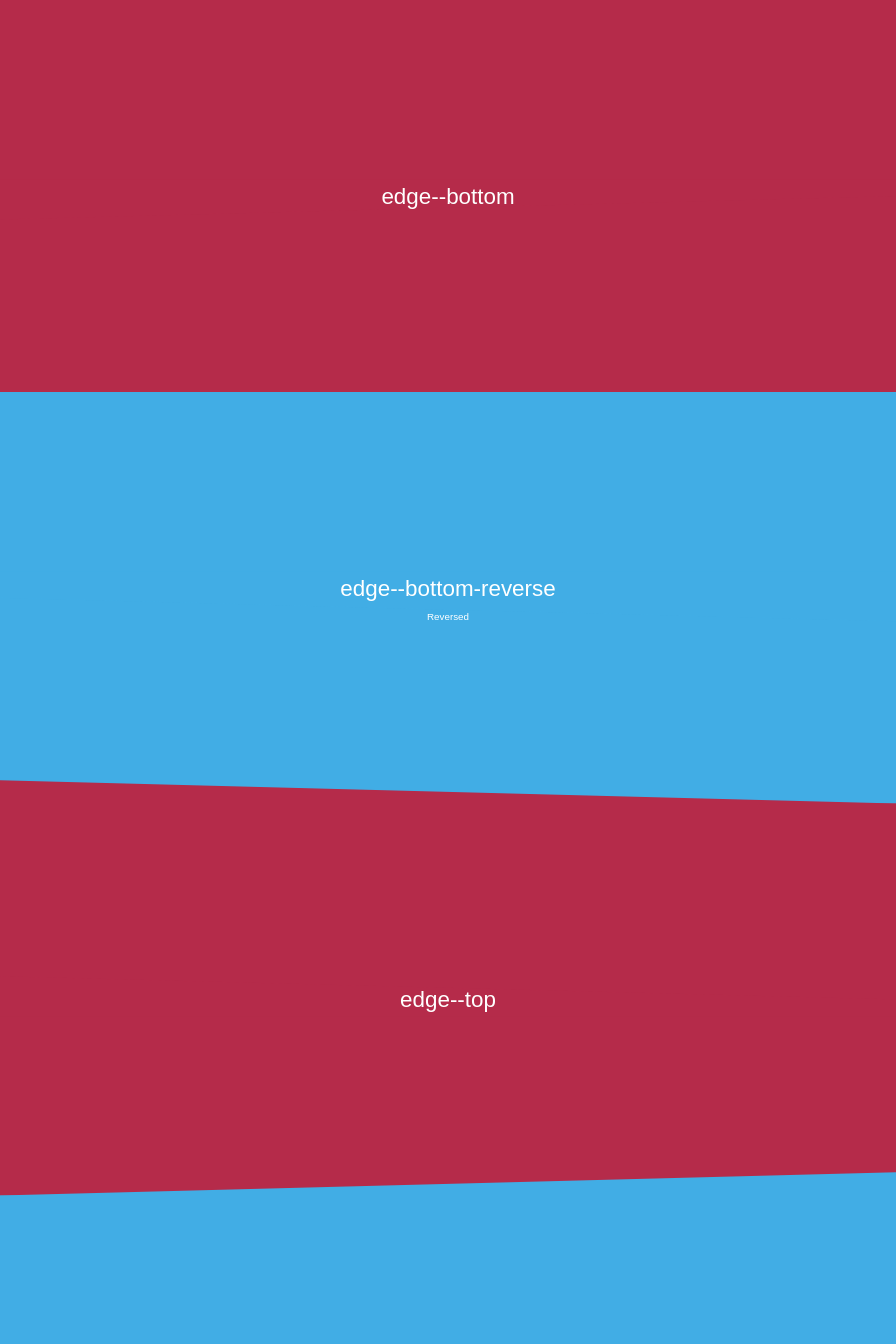
Repository: FrontendProjectsNL/mijn-portfolio-project
Page: /test-skewed-background
An editor plug-in stored every save of this project. The page is shown before and after the next save, followed by the edit.
The browser window is 1280 px wide. The pictures show the part of the page from y = 0 to 1920 px (the page is 3478 px tall before and 720 px after), at 70% of full size.
The project was rebuilt for these pictures with package versions that can differ from the ones it lists, and the page was loaded fresh each time. The framework's server and built-in components were replaced by stand-ins that run in the browser. Also part of the build but not shown: next.config.mjs.

Above is the page before, as saved 2024-10-23 14:00:36.

### app/layout.tsx
import type { Metadata } from 'next';
import localFont from 'next/font/local';

import { Roboto, Fira_Code, HelveticaNowDisplay } from 'next/font/google';

import './globals.css';

const geistSans = localFont({
  src: './fonts/GeistVF.woff',
  variable: '--font-geist-sans',
  weight: '100 900',
});
const geistMono = localFont({
  src: './fonts/GeistMonoVF.woff',
  variable: '--font-geist-mono',
  weight: '100 900',
});

const roboto = Roboto({
  subsets: ['latin'],
  weight: ['300', '400', '500', '700'],
  variable: '--font-roboto',
});

const firaCode = Fira_Code({
  subsets: ['latin'],
  weight: ['300', '400', '500', '700'],
  variable: '--font-fira-code',
});

export const metadata: Metadata = {
  title: 'Create Next App',
  description: 'Generated by create next app',
};

export default function RootLayout({
  children,
}: Readonly<{
  children: React.ReactNode;
}>) {
  return (
    <html lang="en">
      <body
        className={`${roboto.variable} ${firaCode.variable} ${geistSans.variable} ${geistMono.variable} antialiased`}
      >
        {children}
      </body>
    </html>
  );
}

### app/test-skewed-background/page.tsx
import '../test-skewed-background/skewed-background.css';

interface SkewedBackgroundProps {}

const SkewedBackground: React.FC<SkewedBackgroundProps> = () => {
  return (
    <div>
      <div className="block bg-berry edge edge--bottom">
        <h1>edge--bottom</h1>
      </div>

      <div className="block bg-blue edge edge--bottom-reverse">
        <h1>edge--bottom-reverse</h1>
        <p>Reversed</p>
      </div>

      <div className="block bg-berry edge edge--top">
        <h1>edge--top</h1>
      </div>

      <div className="block bg-blue edge edge--top-reverse">
        <h1>edge--top-reverse</h1>
        <p>Reversed</p>
      </div>

      <div className="block bg-orange edge edge--both">
        <h1>edge--both</h1>
      </div>

      <div className="block bg-green edge edge--both-reverse">
        <h1>edge--both-reverse</h1>
        <p>Reversed</p>
      </div>
    </div>
  );
};

export default SkewedBackground;

### app/test-skewed-background/skewed-background.css
.edge {
  position: relative;
  z-index: 1;
}

.edge::before,
.edge::after {
  background: inherit;
  content: '';
  display: block;
  height: 50%;
  left: 0;
  position: absolute;
  right: 0;
  z-index: -1;
  -webkit-backface-visibility: hidden;
}

.edge--bottom::after {
  bottom: 0;
  transform: skewY(-1.5deg);
  transform-origin: 100%;
}

.edge--bottom-reverse::after {
  bottom: 0;
  transform: skewY(1.5deg);
  transform-origin: 0 100%;
}

.edge--top::before {
  top: 0;
  transform: skewY(1.5deg);
  transform-origin: 100% 0;
}

.edge--top-reverse::before {
  top: 0;
  transform: skewY(-1.5deg);
  transform-origin: 0 0;
}

.edge--both::before {
  top: 0;
  transform: skewY(1.5deg);
  transform-origin: 100% 0;
}

.edge--both::after {
  bottom: 0;
  transform: skewY(-1.5deg);
  transform-origin: 100%;
}

.edge--both-reverse::before {
  top: 0;
  transform: skewY(-1.5deg);
  transform-origin: 0 0;
}

.edge--both-reverse::after {
  bottom: 0;
  transform: skewY(1.5deg);
  transform-origin: 0 100%;
}

/* Background Colors */
.bg-berry {
  background: #b52b4a;
}

.bg-blue {
  background: #41ade5;
}

.bg-orange {
  background: #de6628;
}

.bg-green {
  background: #5e9b42;
}

.block {
  color: #fff;
  font-family: 'Fira Sans', sans-serif;
  padding: 20% 20px;
  text-align: center;
}

h1 {
  font-size: 32px;
  font-weight: 500;
}

p {
  font-size: 14px;
  font-weight: 300;
  margin-top: 0.5em;
}

### tailwind.config.ts
import { Roboto } from 'next/font/google';
import type { Config } from 'tailwindcss';

const config: Config = {
  darkMode: ['class'],
  content: [
    './pages/**/*.{js,ts,jsx,tsx,mdx}',
    './components/**/*.{js,ts,jsx,tsx,mdx}',
    './app/**/*.{js,ts,jsx,tsx,mdx}',
  ],

  theme: {
    extend: {
      // You can define custom animations here
      // keyframes: {
      //   slideKeyframe: {
      //     '0%': { transform: 'translateX(0)' },
      //     '100%': { transform: 'translateX(100%)' },
      //   },
      // },
      // animation: {
      //   slideAnimation: 'slideKeyframe 0.5s ease-in-out',
      // },
      fontFamily: {
        roboto: ['var(--font-roboto)', 'sans-serif'],
        firaCode: ['var(--font-fira-code)', 'monospace'],
      },
      colors: {
        background: 'hsl(var(--background))',
        foreground: 'hsl(var(--foreground))',
        card: {
          DEFAULT: 'hsl(var(--card))',
          foreground: 'hsl(var(--card-foreground))',
        },
        popover: {
          DEFAULT: 'hsl(var(--popover))',
          foreground: 'hsl(var(--popover-foreground))',
        },
        primary: {
          DEFAULT: 'hsl(var(--primary))',
          foreground: 'hsl(var(--primary-foreground))',
        },
        secondary: {
          DEFAULT: 'hsl(var(--secondary))',
          foreground: 'hsl(var(--secondary-foreground))',
        },
        muted: {
          DEFAULT: 'hsl(var(--muted))',
          foreground: 'hsl(var(--muted-foreground))',
        },
        accent: {
          DEFAULT: 'hsl(var(--accent))',
          foreground: 'hsl(var(--accent-foreground))',
        },
        destructive: {
          DEFAULT: 'hsl(var(--destructive))',
          foreground: 'hsl(var(--destructive-foreground))',
        },
        border: 'hsl(var(--border))',
        input: 'hsl(var(--input))',
        ring: 'hsl(var(--ring))',
        chart: {
          '1': 'hsl(var(--chart-1))',
          '2': 'hsl(var(--chart-2))',
          '3': 'hsl(var(--chart-3))',
          '4': 'hsl(var(--chart-4))',
          '5': 'hsl(var(--chart-5))',
        },
      },
      borderRadius: {
        lg: 'var(--radius)',
        md: 'calc(var(--radius) - 2px)',
        sm: 'calc(var(--radius) - 4px)',
      },
    },
  },
  plugins: [require('tailwindcss-animate')],
};
export default config;

Loaded but not shown: app/globals.css (common file)

After the next save:
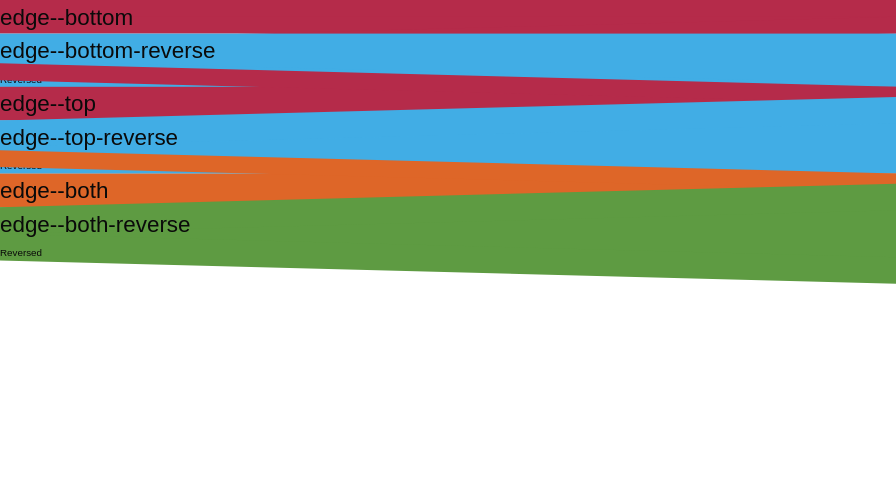
Saved 65 s later.
--- a/app/test-skewed-background/skewed-background.css
+++ b/app/test-skewed-background/skewed-background.css
@@ -81,7 +81,7 @@
   background: #5e9b42;
 }
 
-.block {
+.test-block {
   color: #fff;
   font-family: 'Fira Sans', sans-serif;
   padding: 20% 20px;

After the save that followed:
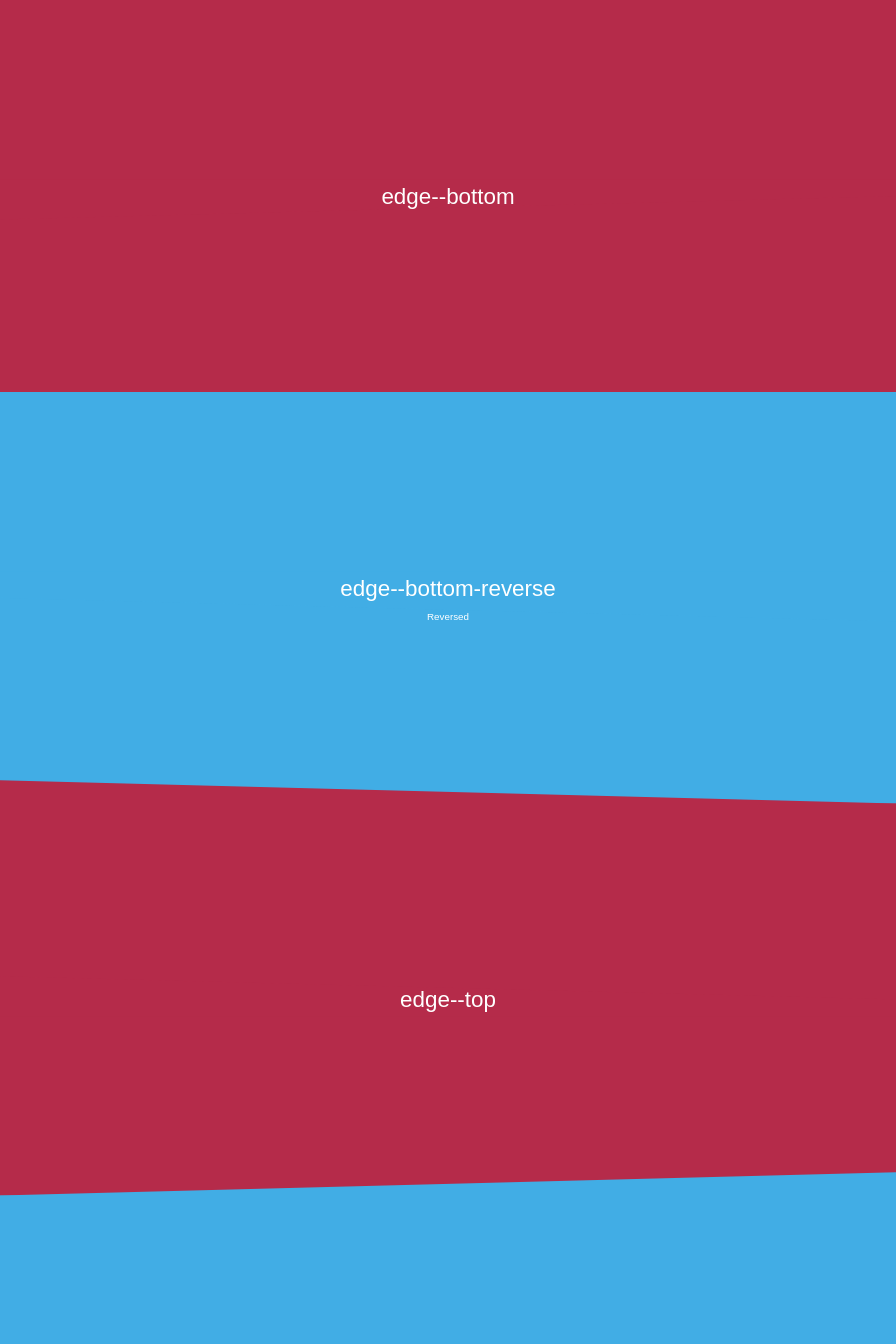
Saved 19 s later.
--- a/app/test-skewed-background/page.tsx
+++ b/app/test-skewed-background/page.tsx
@@ -5,29 +5,29 @@ interface SkewedBackgroundProps {}
 const SkewedBackground: React.FC<SkewedBackgroundProps> = () => {
   return (
     <div>
-      <div className="block bg-berry edge edge--bottom">
+      <div className="test-block bg-berry edge edge--bottom">
         <h1>edge--bottom</h1>
       </div>
 
-      <div className="block bg-blue edge edge--bottom-reverse">
+      <div className="test-block bg-blue edge edge--bottom-reverse">
         <h1>edge--bottom-reverse</h1>
         <p>Reversed</p>
       </div>
 
-      <div className="block bg-berry edge edge--top">
+      <div className="test-block bg-berry edge edge--top">
         <h1>edge--top</h1>
       </div>
 
-      <div className="block bg-blue edge edge--top-reverse">
+      <div className="test-block bg-blue edge edge--top-reverse">
         <h1>edge--top-reverse</h1>
         <p>Reversed</p>
       </div>
 
-      <div className="block bg-orange edge edge--both">
+      <div className="test-block bg-orange edge edge--both">
         <h1>edge--both</h1>
       </div>
 
-      <div className="block bg-green edge edge--both-reverse">
+      <div className="test-block bg-green edge edge--both-reverse">
         <h1>edge--both-reverse</h1>
         <p>Reversed</p>
       </div>
